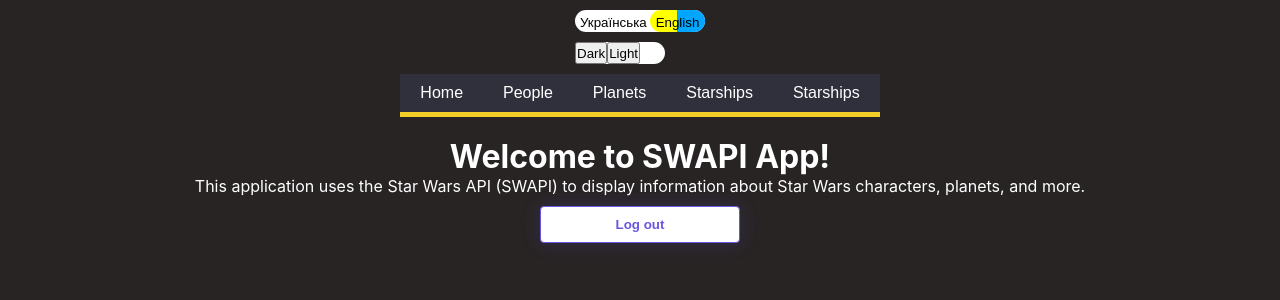
Repository: Novoselets28/star-wars-hooks
Page: /
The author's editor kept a copy of each file at every save. The page is drawn from the files as they stood at one save, then again after the next save.
The browser window is 1280 px wide. The pictures show the whole page.
The project was rebuilt for these pictures with package versions that can differ from the ones it lists, and the page was loaded fresh each time. Also part of the build but not shown: src/components/People/CurrentPeople.jsx, src/components/People/PeopleList.jsx, src/components/People/People.jsx, src/components/Planets/CurrentPlanet.jsx, src/components/Planets/PlanetsList.jsx, src/components/Planets/Planets.jsx, src/components/Starships/CurrentStarship.jsx, src/components/Starships/StarshipsList.jsx and 4 more.

Above is the page before, as saved 2023-03-27 20:43:13.

After the next save:
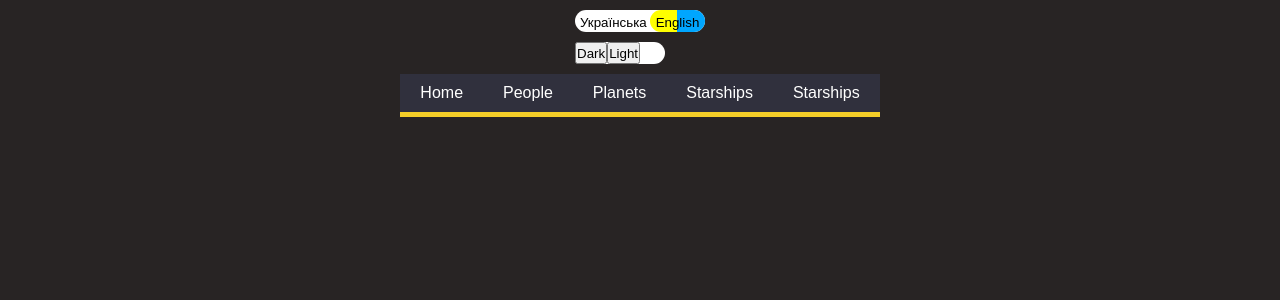
Saved 42 s later.
--- a/src/App.js
+++ b/src/App.js
@@ -32,7 +32,7 @@
                   <Header/>
                   <Routes>
                       <Route path='/' element={<Layout/>}>
-                        <Route index element={<HomePage/>}/>
+                        <Route path='home' element={<HomePage/>}/>
                         <Route path='people' element={<People/>}/>
                         <Route path='planets' element={<Planets/>}/>
                         <Route path='starships' element={<Starships/>}/>
